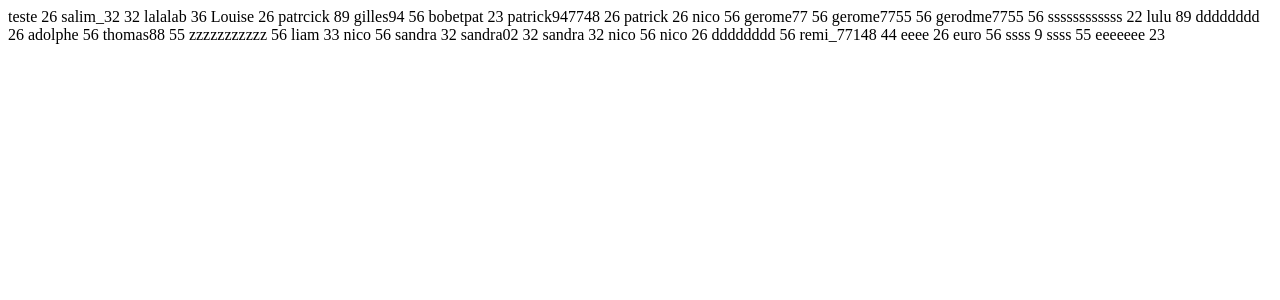
Repository: remi77130/forum
Page: http://localhost/path/
The author's editor kept a copy of each file at every save. The page is drawn from the files as they stood at one save, then again after the next save.
The browser window is 1280 px wide. The pictures show the whole page.
The page is run by PHP 8.4 with error messages shown; the project is at /var/www/html/. The database holds what the project's SQL file puts in it.

Above is the page before, as saved 2022-06-27 14:00:42.

After the next save:
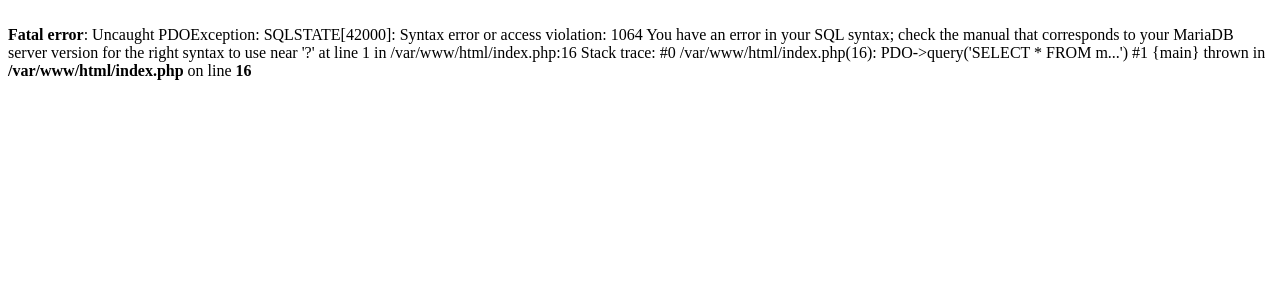
Saved 81 s later.
--- a/index.php
+++ b/index.php
@@ -11,7 +11,7 @@
 
 <?php
 
-$requser = "SELECT * FROM membres";
+$requser = "SELECT * FROM membres  WHERE id = ?";
 
 $requete = $bdd->query($requser);
 
@@ -28,6 +28,7 @@
     <span><?php echo $articles['pseudo'] ?></span>
     <span><?php echo $articles['age'] ?></span>
 
+
     <?php endforeach; ?>
 </section>
 

After the save that followed:
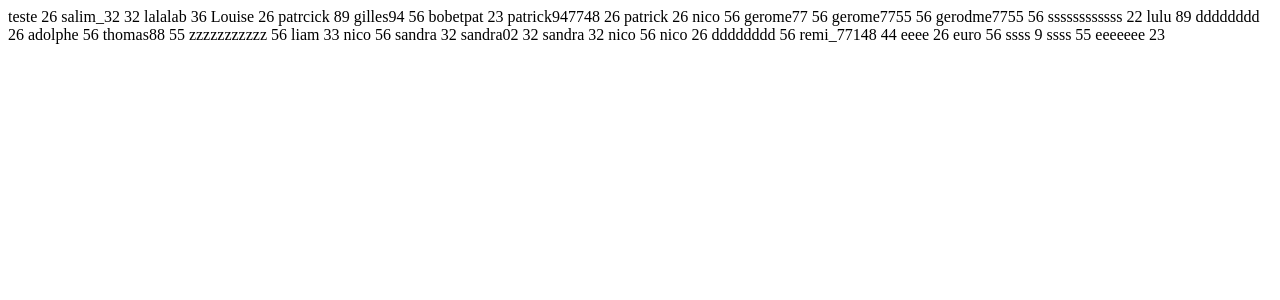
Saved 5 s later.
--- a/index.php
+++ b/index.php
@@ -11,7 +11,7 @@
 
 <?php
 
-$requser = "SELECT * FROM membres  WHERE id = ?";
+$requser = "SELECT * FROM membres ";
 
 $requete = $bdd->query($requser);
 
